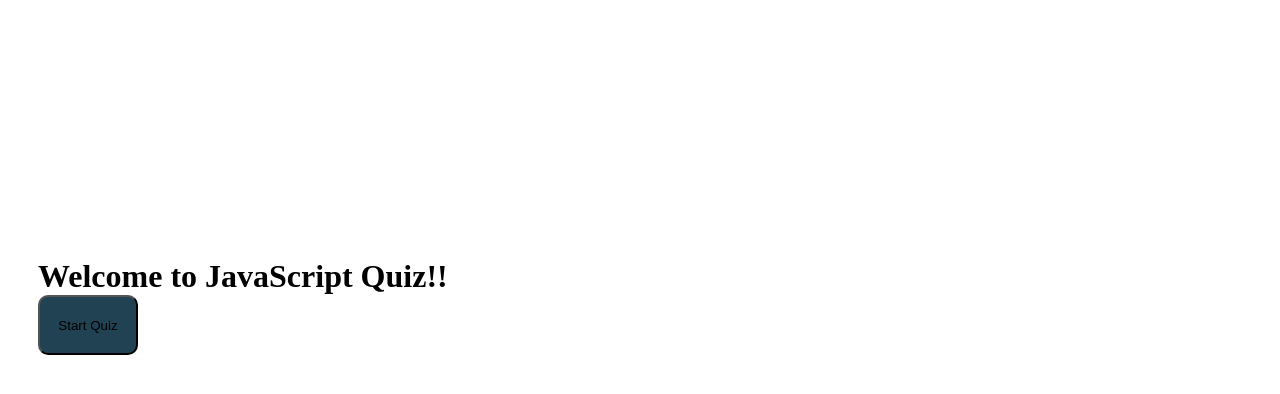
Repository: Mf948/javaQuiz
Page: index.html
The author's editor kept a copy of each file at every save. The page is drawn from the files as they stood at one save, then again after a run of saves.
The browser window is 1280 px wide. The pictures show the whole page.

Above is the page before, as saved 2020-12-03 16:18:25.

After the next 3 saves:
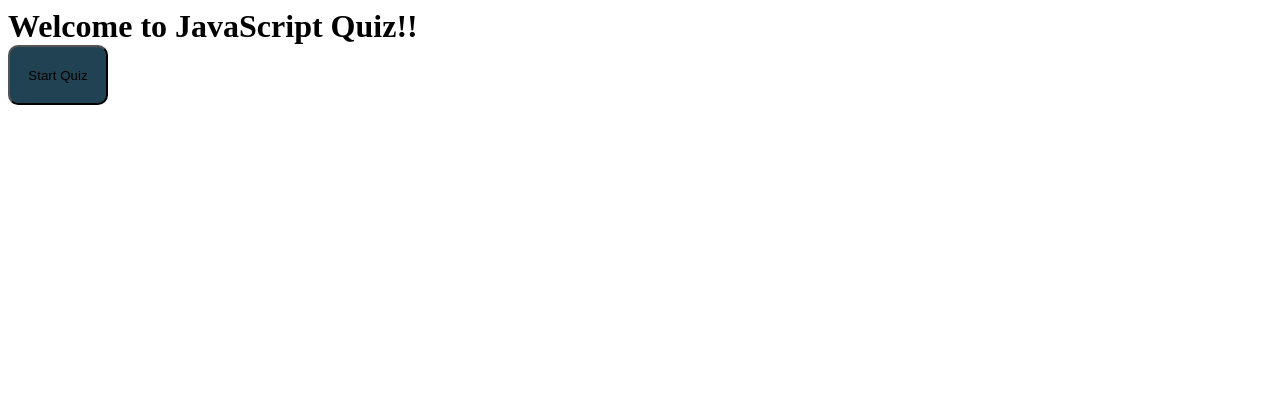
The 3 saves are shown as one change because they came seconds apart.
The last was saved 80 s later.
--- a/script.js
+++ b/script.js
@@ -17,7 +17,7 @@
     }
 
 ]
-welcomeContainer.style.padding = "250px 100px 200px 30px ";
+
 document.body.style.backgroundColor =
 // for (var i=0; i < questions.length; i ++){
 //    var response =  window.statement(questions[i].statement);

After the 3 saves that followed:
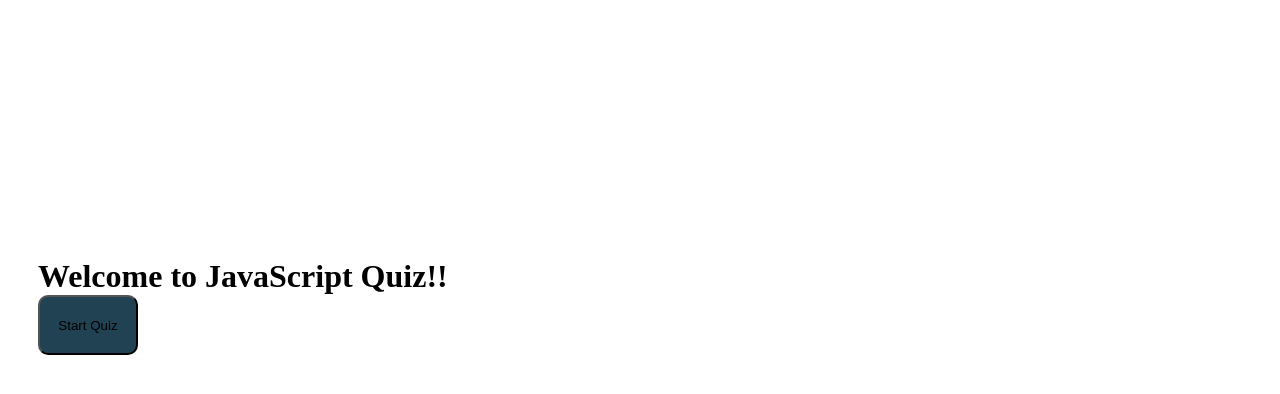
The 3 saves are shown as one change because 1 left the picture as it was and some came seconds apart.
The last was saved 19 s later.
--- a/script.js
+++ b/script.js
@@ -17,8 +17,8 @@
     }
 
 ]
+welcomeContainer.style.padding = "250px 100px 200px 30px ";
 
-document.body.style.backgroundColor =
 // for (var i=0; i < questions.length; i ++){
 //    var response =  window.statement(questions[i].statement);
 //    if (response == question[i].correct){
